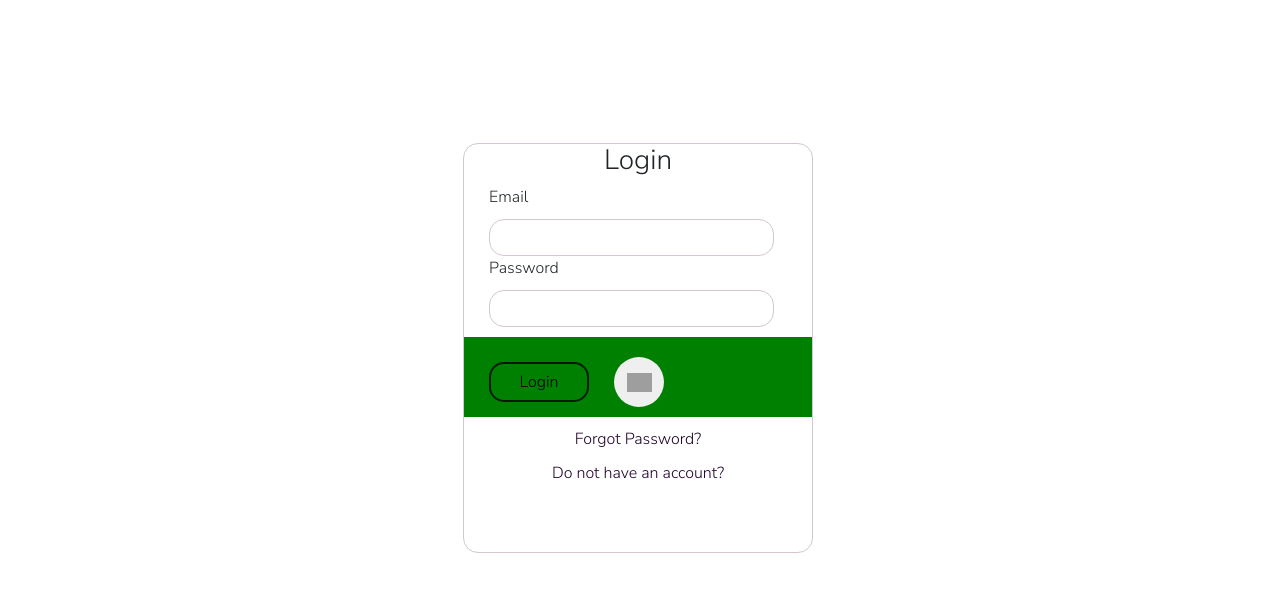
Repository: duzzisantos/rentify
Page: /auth
The author's editor kept a copy of each file at every save. The page is drawn from the files as they stood at one save, then again after the next save.
The browser window is 1280 px wide. The pictures show the whole page.
Pictures or frames that could not be fetched are drawn as grey boxes. The project was rebuilt for these pictures with package versions that can differ from the ones it lists, and the page was loaded fresh each time. Also part of the build but not shown: src/home.js, src/admin.js, src/auth/register.js, src/table-component.js, src/edit-property.js, src/tables.js, src/booking.js.

Above is the page before, as saved 2022-05-19 02:17:22.

After the next save:
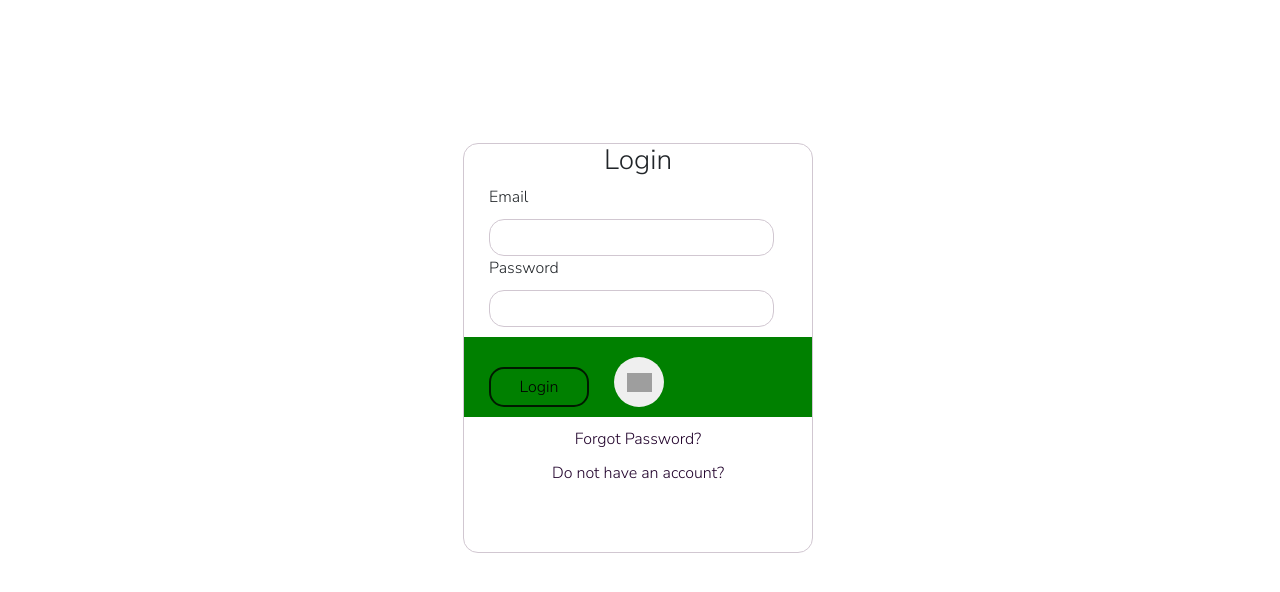
Saved 5 s later.
--- a/src/App.css
+++ b/src/App.css
@@ -482,7 +482,7 @@
   border: 2px solid rgba(0, 0, 0, 0.8);
   margin-left: 25px;
   border-radius: 15px;
-  margin-top: 25px;
+  margin-top: 30px;
   display: inline-block;
 }
 

After the save that followed:
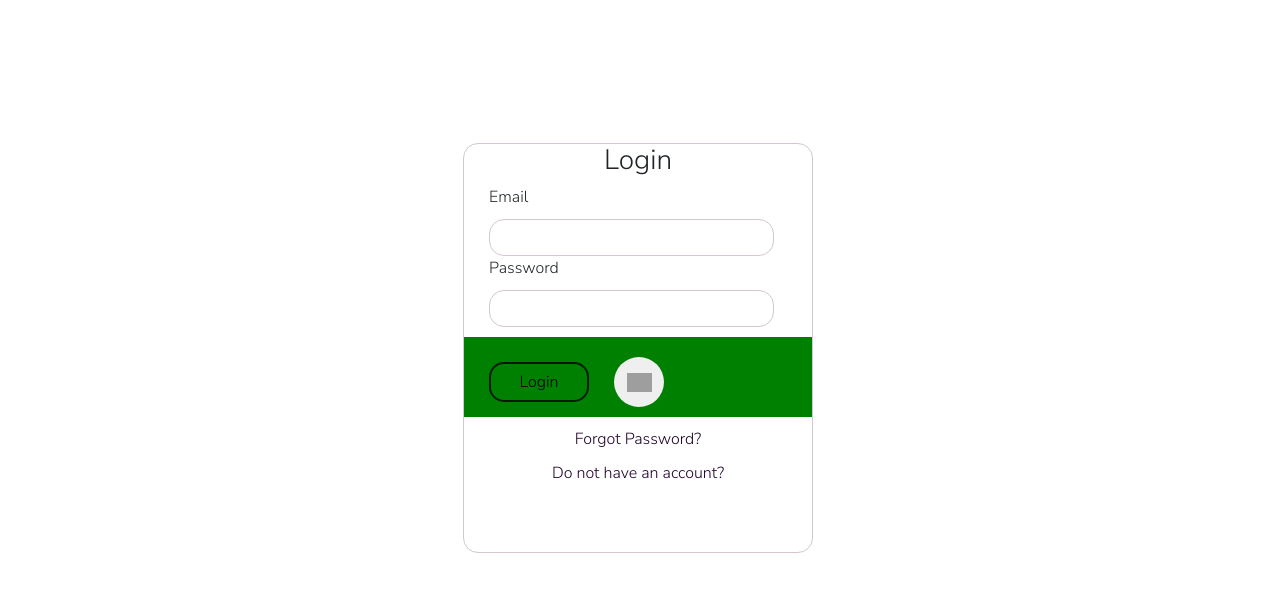
Saved 5 s later.
--- a/src/App.css
+++ b/src/App.css
@@ -482,7 +482,7 @@
   border: 2px solid rgba(0, 0, 0, 0.8);
   margin-left: 25px;
   border-radius: 15px;
-  margin-top: 30px;
+  margin-top: 25px;
   display: inline-block;
 }
 
